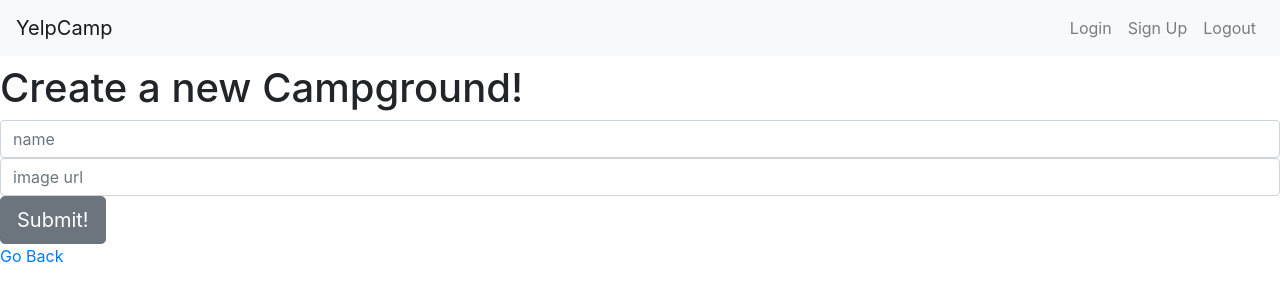
Repository: bosicheng/yelpcamp-project
Page: http://localhost/campgrounds/new
The author's editor kept a record of every edit. The page is drawn from the files as they stood at one moment, then again after the next edit.
The browser window is 1280 px wide. The pictures show the whole page.
Some web libraries are served in a nearby version. The page is served by the project's Node server (YelpCamp/v1/app.js).

Above is the page before.
Console error (its wording comes from the project's code and is left out).

### YelpCamp/v1/views/new.ejs
<% include partials/header %>
<h1>Create a new Campground!</h1>

<form action='/campgrounds' method='POST'>
    <!--这里的name会变成req.body下的属性-->
    <input class='form-control' type='text' name='name' placeholder='name'>
    <input class='form-control' tytpe='text' name='image' placeholder='image url'>
    <button class='btn btn-lg btn-secondary'>Submit!</button>
</form>

<a href='/campgrounds'>Go Back</a>
<% include partials/footer %>

### YelpCamp/v1/views/partials/header.ejs
<!DOCTYPE html>
<html>
    <head>
        <title>YelpCamp</title>
        <link rel="stylesheet" href="https://stackpath.bootstrapcdn.com/bootstrap/4.1.3/css/bootstrap.min.css">
        <script src="https://code.jquery.com/jquery-3.2.1.slim.min.js" integrity="sha384-KJ3o2DKtIkvYIK3UENzmM7KCkRr/rE9/Qpg6aAZGJwFDMVNA/GpGFF93hXpG5KkN" crossorigin="anonymous"></script>
        <script src="https://maxcdn.bootstrapcdn.com/bootstrap/4.0.0-beta/js/bootstrap.min.js" integrity="sha384-h0AbiXch4ZDo7tp9hKZ4TsHbi047NrKGLO3SEJAg45jXxnGIfYzk4Si90RDIqNm1" crossorigin="anonymous"></script>
        <script src="https://cdnjs.cloudflare.com/ajax/libs/popper.js/1.11.0/umd/popper.min.js" integrity="sha384-b/U6ypiBEHpOf/4+1nzFpr53nxSS+GLCkfwBdFNTxtclqqenISfwAzpKaMNFNmj4" crossorigin="anonymous"></script>
    </head>
    <body>
        <nav class="navbar navbar-expand-lg navbar-light bg-light mb-2">
          <a class="navbar-brand" href="/">YelpCamp</a>
          <button class="navbar-toggler" type="button" data-toggle="collapse" data-target="#navbarTogglerDemo01" aria-controls="navbarTogglerDemo01" aria-expanded="false" aria-label="Toggle navigation">
            <span class="navbar-toggler-icon"></span>
          </button>
          <div class="collapse navbar-collapse" id="navbarTogglerDemo01">
            <ul class="navbar-nav ml-auto mt-2 mt-lg-0">
              <li class="nav-item">
                <a class="nav-link" href="#">Login</a>
              </li>
              <li class="nav-item">
                <a class="nav-link" href="#">Sign Up</a>
              </li>
              <li class="nav-item">
                <a class="nav-link" href="#">Logout</a>
              </li>
            </ul>
          </div>
        </nav>

### YelpCamp/v1/app.js
var express=require('express');
var app=express();
var bodyParser=require('body-parser')

app.set('view engine','ejs')
app.use(bodyParser.urlencoded({extended:true}));

app.get('/',function(req,res){
    res.render("landing");
})

var campgrounds=[
        {name:'aaa',image:'https://farm4.staticflickr.com/3241/2984981452_e9008b9280.jpg'},
        {name:'bbb',image:'https://farm7.staticflickr.com/6089/6094103869_d53a990c83.jpg'},
        {name:'ccc',image:'https://farm8.staticflickr.com/7284/8744029089_2d4a4d0fd7.jpg'},
        {name:'aaa',image:'https://farm4.staticflickr.com/3241/2984981452_e9008b9280.jpg'},
        {name:'bbb',image:'https://farm7.staticflickr.com/6089/6094103869_d53a990c83.jpg'},
        {name:'ccc',image:'https://farm8.staticflickr.com/7284/8744029089_2d4a4d0fd7.jpg'},
        {name:'aaa',image:'https://farm4.staticflickr.com/3241/2984981452_e9008b9280.jpg'},
        {name:'bbb',image:'https://farm7.staticflickr.com/6089/6094103869_d53a990c83.jpg'},
        {name:'ccc',image:'https://farm8.staticflickr.com/7284/8744029089_2d4a4d0fd7.jpg'},
    ];

app.get('/campgrounds',function(req,res){
    res.render("campgrounds",{campgrounds:campgrounds})
})

app.get('/campgrounds/new',function(req,res){
    res.render('new')
})

// 这里虽然get和post的url是同一个，但是他们是不同的用法所以是不同的route不会相互影响
//如果对get的/campgrounds页面进行修改，post请求去修改campgrounds也应该同样的url，这是convention
app.post("/campgrounds",function(req,res){
    //get data from form and add to campground
    var name=req.body.name;
    var image=req.body.image;
    campgrounds.push({name:name,image:image});
    //redirect to campground page
    res.redirect('/campgrounds')
})

app.listen(process.env.PORT,process.env.IP,function(){
    console.log("Yelpcamp has started!")
})

Loaded but not shown: YelpCamp/v1/views/partials/footer.ejs (common file)

After the next edit:
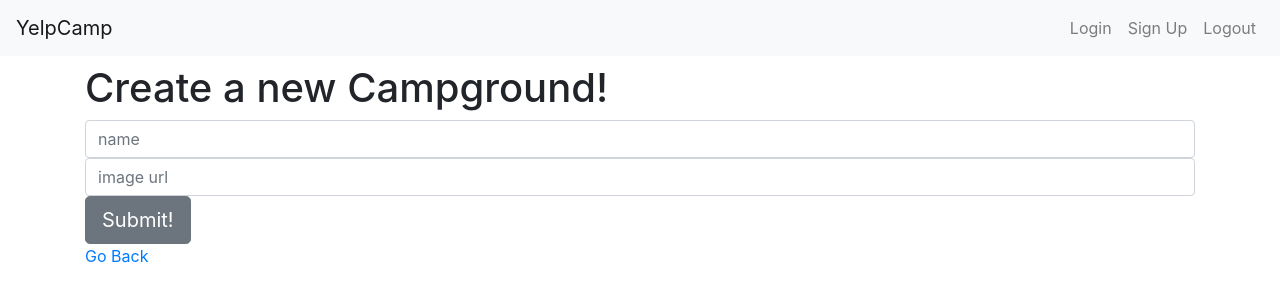
The edit:
--- a/YelpCamp/v1/views/new.ejs
+++ b/YelpCamp/v1/views/new.ejs
@@ -1,12 +1,16 @@
 <% include partials/header %>
-<h1>Create a new Campground!</h1>
 
-<form action='/campgrounds' method='POST'>
-    <!--这里的name会变成req.body下的属性-->
-    <input class='form-control' type='text' name='name' placeholder='name'>
-    <input class='form-control' tytpe='text' name='image' placeholder='image url'>
-    <button class='btn btn-lg btn-secondary'>Submit!</button>
-</form>
+<div class='container'>
+    <h1>Create a new Campground!</h1>
+
+    <form action='/campgrounds' method='POST'>
+        <!--这里的name会变成req.body下的属性-->
+        <input class='form-control' type='text' name='name' placeholder='name'>
+        <input class='form-control' tytpe='text' name='image' placeholder='image url'>
+        <button class='btn btn-lg btn-secondary'>Submit!</button>
+    </form>
 
 <a href='/campgrounds'>Go Back</a>
+</div>
+
 <% include partials/footer %>
